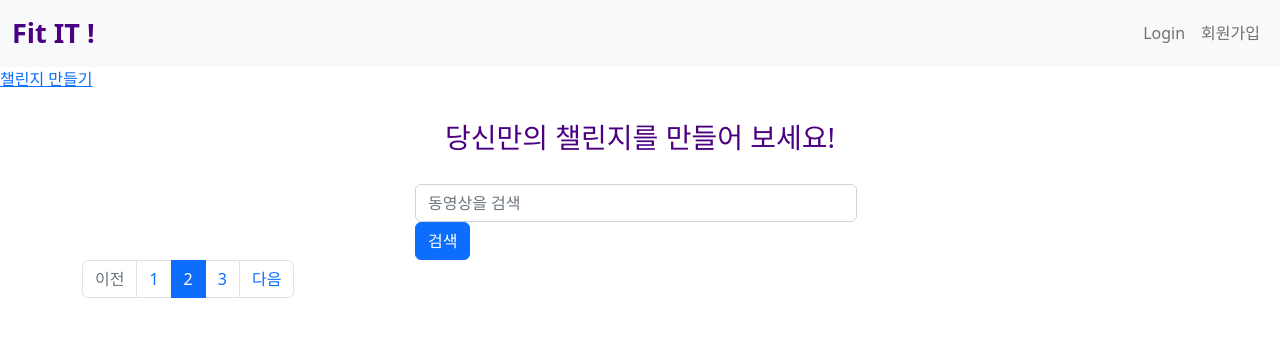
Repository: 4everGirls/Fit-IT-FRONT
Page: /makeChallenge (app in FrontEnd/fit-it/)
An editor plug-in stored every save of this project. The page is shown before and after the next save, followed by the edit.
The browser window is 1280 px wide. The pictures show the whole page.
The project was rebuilt for these pictures with package versions that can differ from the ones it lists, and the page was loaded fresh each time. Also part of the build but not shown: FrontEnd/fit-it/vue.config.js, FrontEnd/fit-it/src/views/HomeView.vue, FrontEnd/fit-it/src/components/user/RegistUser.vue, FrontEnd/fit-it/src/components/user/LoginUser.vue.

Above is the page before, as saved 2022-11-20 12:23:11.

After the next save:
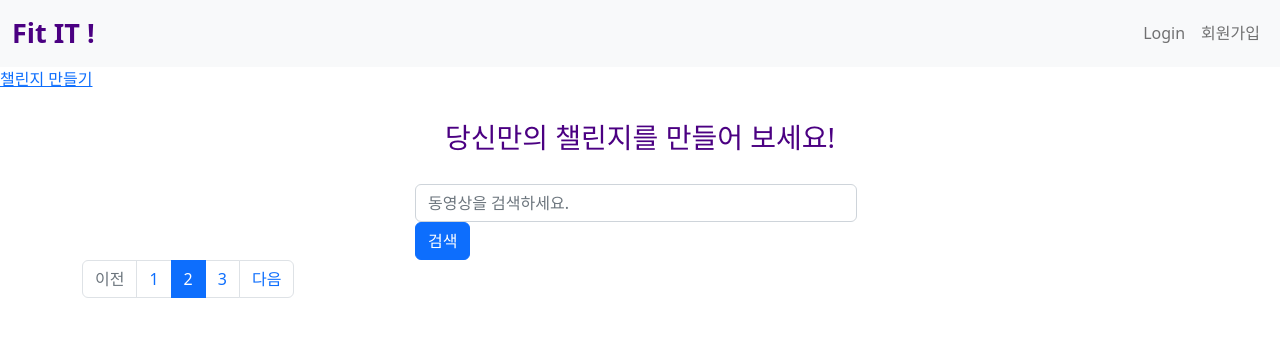
Saved 6 s later.
--- a/FrontEnd/fit-it/src/components/challenge/MakeChallenge/SearchVideo.vue
+++ b/FrontEnd/fit-it/src/components/challenge/MakeChallenge/SearchVideo.vue
@@ -9,7 +9,7 @@
           <input
             class="form-control me-2"
             type="search"
-            placeholder="동영상을 검색"
+            placeholder="동영상을 검색하세요."
             aria-label="Search"
             size="40"
             v-on:keydown.enter.prevent="search"
